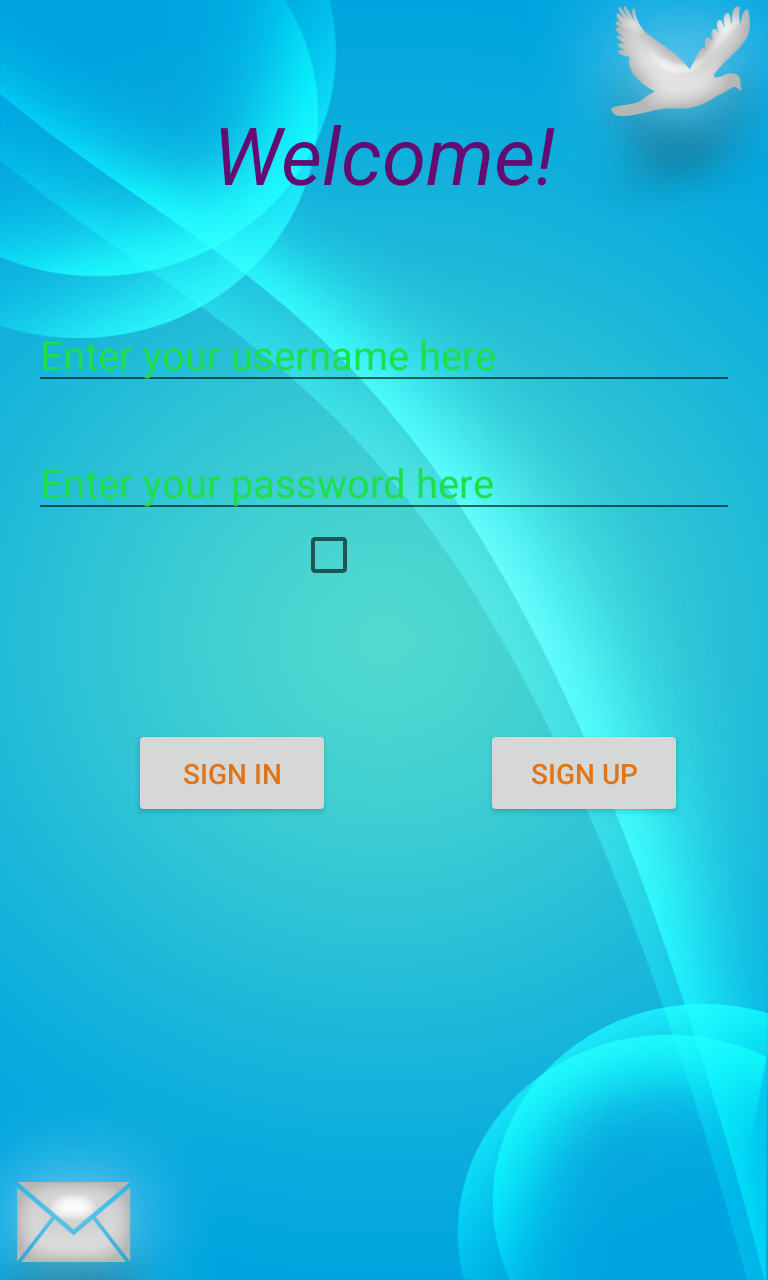
Repository: JodyCoolit/android
Layout: Delivery/res/layout/activity_login.xml
The author's editor kept a copy of each file at every save. The layout is drawn from the files as they stood at one save, then again after the next save.
It is drawn on a 768 x 1280 px phone screen (xhdpi) without system bars, with theme AppTheme; the app's code is not run.

Above is the layout before, as saved 2014-08-25 02:25:28.

After the next save:
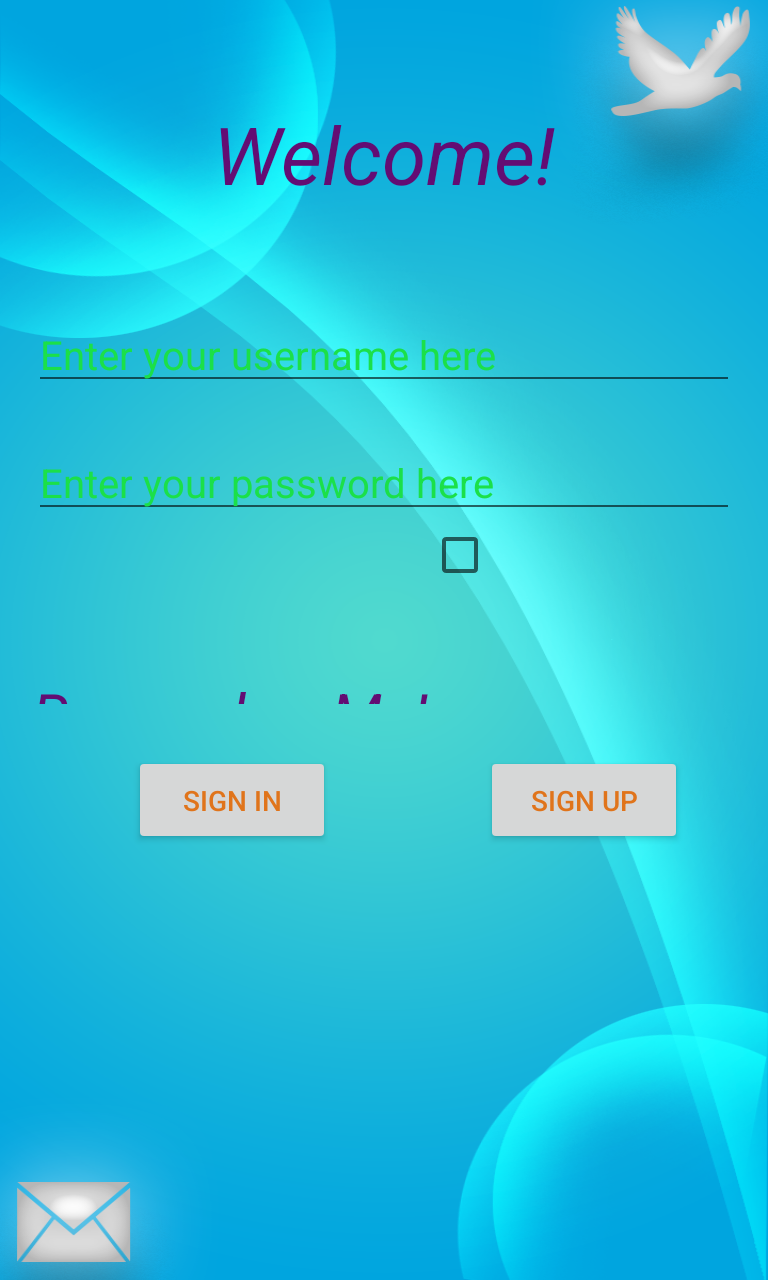
Saved 37 s later.
--- a/Delivery/res/layout/activity_login.xml
+++ b/Delivery/res/layout/activity_login.xml
@@ -50,7 +50,7 @@
         android:layout_width="wrap_content"
         android:layout_height="wrap_content"
         android:text="@string/rememberMe"
-        android:textSize="20sp"
+        android:textSize="30sp"
         android:layout_gravity="center"
         android:textStyle="italic"
         android:textColor="#630D73"
